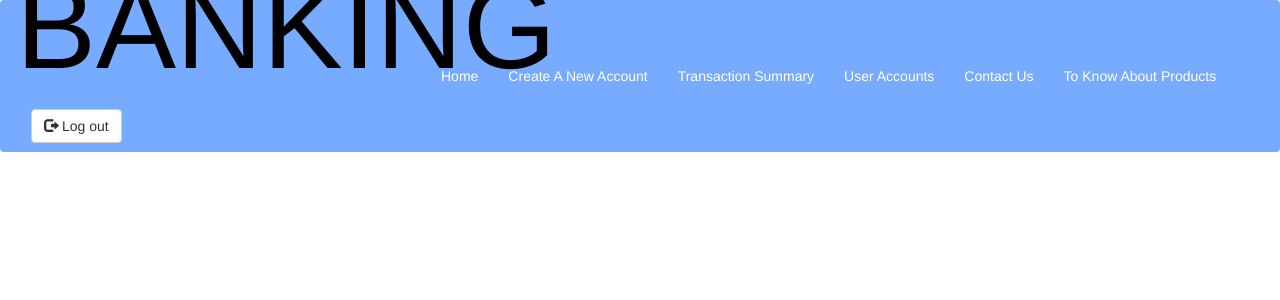
Repository: rukmini10/DXC
Page: http://localhost/Account/AdminHeader.jsp
These files come from the project's save history. The page is drawn as it stood at one moment and after the next save; the edit follows.
The browser window is 1280 px wide. The pictures show the whole page.
Some web libraries are served in a nearby version. The page is served by Tomcat 9. Other server files are loaded and not shown.

Above is the page before, as saved 2022-05-03 12:47:11.

### DXC_MAVEN/Account/src/main/webapp/AdminHeader.jsp
<%@ page language="java" contentType="text/html; charset=ISO-8859-1"
    pageEncoding="ISO-8859-1"%>
<!DOCTYPE html PUBLIC "-//W3C//DTD HTML 4.01 Transitional//EN" "http://www.w3.org/TR/html4/loose.dtd">
<html lang="en">
<head>
  <title>Online Banking Application</title>
  <meta charset="utf-8">
  <meta name="viewport" content="width=device-width, initial-scale=1">
  <link rel="stylesheet" href="https://maxcdn.bootstrapcdn.com/bootstrap/3.3.7/css/bootstrap.min.css">
  <script src="https://ajax.googleapis.com/ajax/libs/jquery/3.2.1/jquery.min.js"></script>
  <script src="https://maxcdn.bootstrapcdn.com/bootstrap/3.3.7/js/bootstrap.min.js"></script>
</head>
<body>

<nav class="navbar navbar-light" style="background-color: #77abff;"">
  <div class="container-fluid">
    <div class="navbar-header">
      <a class="navbar-brand" href="#" style="color:black;font-size:120px">BANKING</a>
    </div>
    <ul style="padding-left:255px" class="nav navbar-nav">
      <li style="padding-left:155px" class="active"><a href="#" style="color:white">Home</a></li>
      <li><a href="createAccount.obj" style="color:white"> Create A New Account</a></li>
      <li><a href="viewStatement.obj" style="color:white">Transaction Summary</a></li>
	  <li><a href="#" style="color:white">User Accounts</a></li>
	  <li><a href="#" style="color:white">Contact Us</a></li>
	  <li><a href="#" style="color:white">To Know About Products</a></li>
    </ul>

    <form class="navbar-form navbar-left ">

	  <a href="logout.obj" class="btn btn-default btn-md">
          <span class="glyphicon glyphicon-log-out"></span> Log out
      </a>

    </form>
  </div>
</nav>

After the next save:
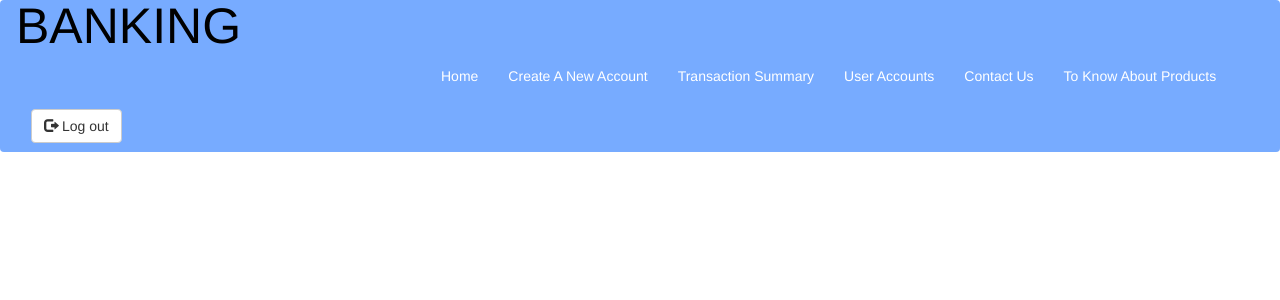
Saved 17 s later.
--- a/DXC_MAVEN/Account/src/main/webapp/AdminHeader.jsp
+++ b/DXC_MAVEN/Account/src/main/webapp/AdminHeader.jsp
@@ -15,7 +15,7 @@
 <nav class="navbar navbar-light" style="background-color: #77abff;"">
   <div class="container-fluid">
     <div class="navbar-header">
-      <a class="navbar-brand" href="#" style="color:black;font-size:120px">BANKING</a>
+      <a class="navbar-brand" href="#" style="color:black;font-size:50px">BANKING</a>
     </div>
     <ul style="padding-left:255px" class="nav navbar-nav">
       <li style="padding-left:155px" class="active"><a href="#" style="color:white">Home</a></li>
